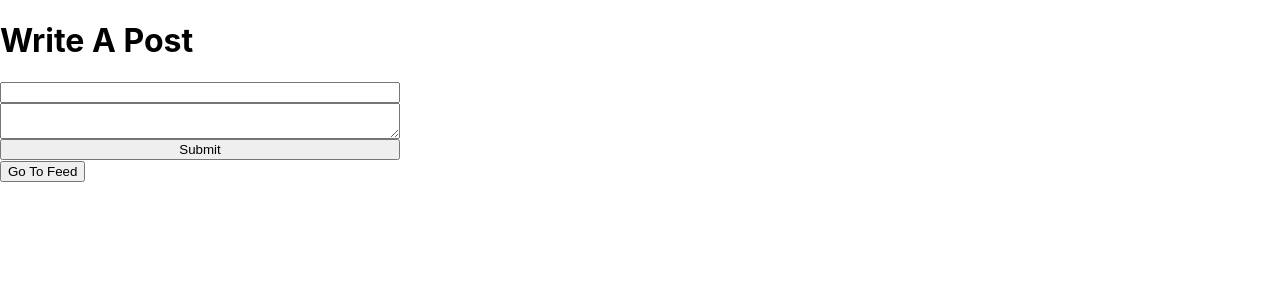
Repository: shaelorch/comp-week4
Page: /addPosts
An editor plug-in stored every save of this project. The page is shown before and after the next save, followed by the edit.
The browser window is 1280 px wide. The pictures show the whole page.
The project was rebuilt for these pictures with package versions that can differ from the ones it lists, and the page was loaded fresh each time. The framework's server and built-in components were replaced by stand-ins that run in the browser. Also part of the build but not shown: next.config.js.

Above is the page before, as saved 2023-01-31 23:06:22.

### pages/addPosts.js
import { useState } from 'react'
import axios from 'axios'
import { useEffect } from 'react'

export default function Home({posts}) {
    const [title, setTitle] = useState('')
    const [content, setContent] = useState('')

  const handleSubmit = async (e) => {
  e.preventDefault()
  const res = await axios.post('/api/posts', { title, content })
    console.log(res.data)
  }

  return <div style={{display:'flex', justifyContent:'center', flexDirection:'column' , alignContent:'center'}}>
  <h1>Write A Post</h1>

        <form onSubmit={handleSubmit} style={{display: "flex", flexDirection: "column", maxWidth: "400px"}}>
          <input type="text" value={title} onChange={(e) => setTitle(e.target.value)} />
          <textarea value={content} onChange={(e) => setContent(e.target.value)} />


            <button type="submit">Submit</button>
        </form>
        <a href='/'>
            <button>Go To Feed</button>
        </a>


    </div>
  }

Loaded but not shown: pages/_app.js (common file); styles/globals.css (common file)

After the next save:
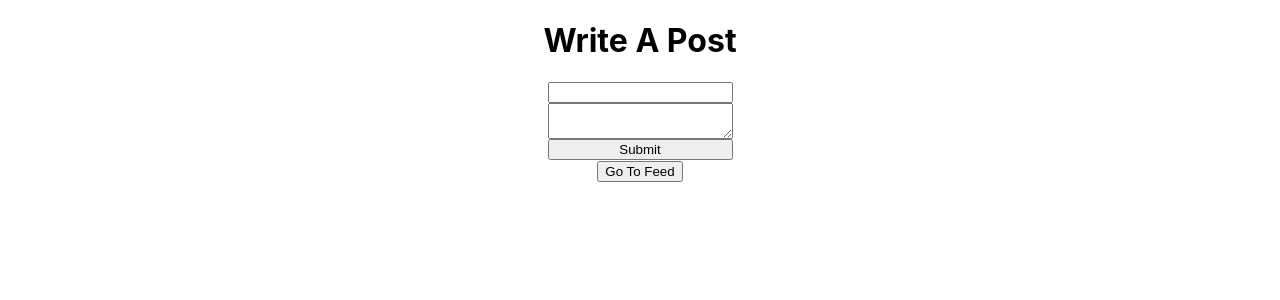
Saved 6 s later.
--- a/pages/addPosts.js
+++ b/pages/addPosts.js
@@ -12,7 +12,7 @@ export default function Home({posts}) {
     console.log(res.data)
   }
 
-  return <div style={{display:'flex', justifyContent:'center', flexDirection:'column' , alignContent:'center'}}>
+  return <div style={{display:'flex', justifyContent:'center', flexDirection:'column' , alignItems:'center'}}>
   <h1>Write A Post</h1>
 
         <form onSubmit={handleSubmit} style={{display: "flex", flexDirection: "column", maxWidth: "400px"}}>
